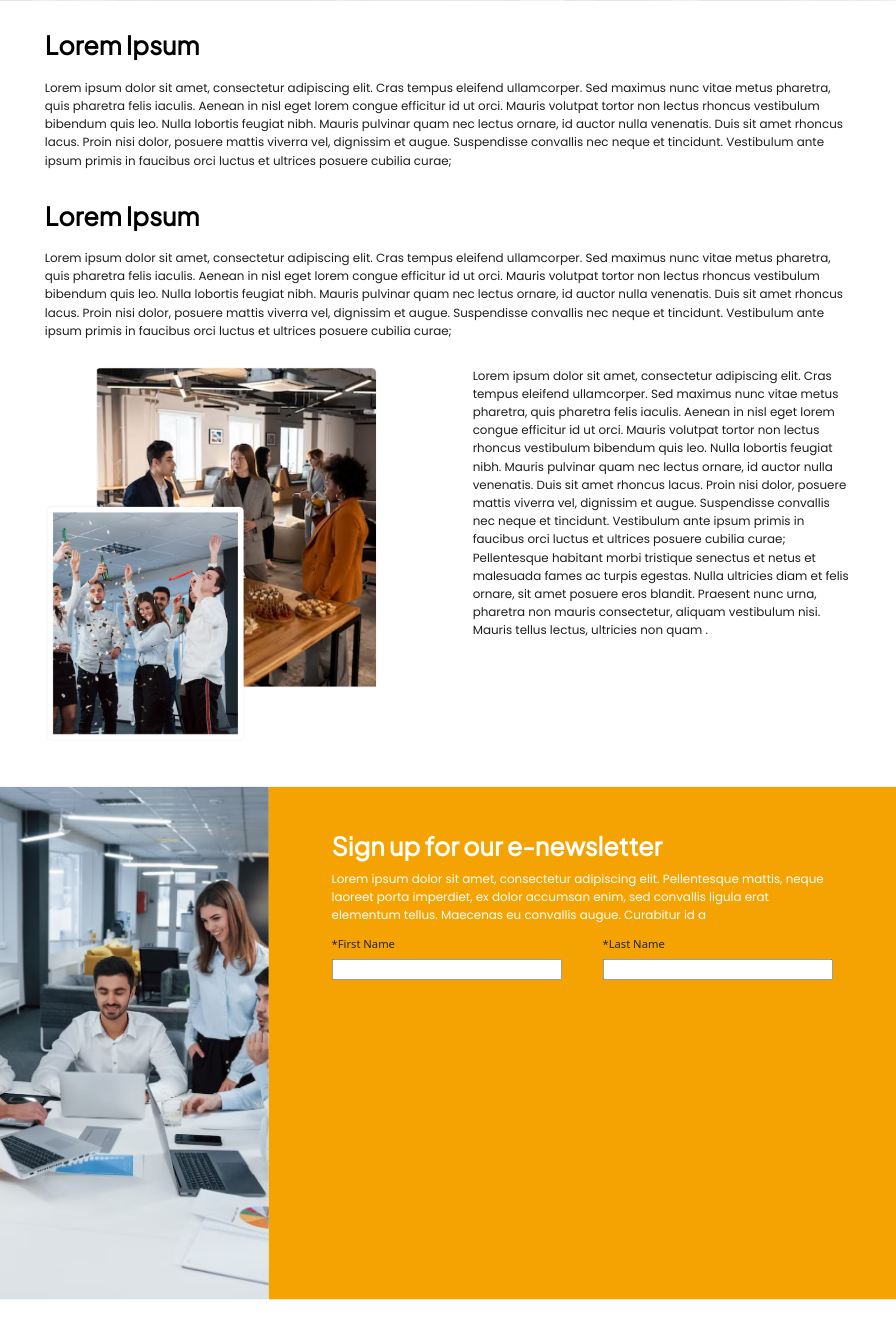
Repository: Akash8377/Hospitality-website
Page: /about-us
An editor plug-in stored every save of this project. The page is shown before and after a run of saves, followed by the edit.
The browser window is 1280 px wide. The pictures show the part of the page from y = 683 to 2603 px (the page is 2603 px tall), at 70% of full size.
Some web libraries are served in a nearby version. The project was rebuilt for these pictures with package versions that can differ from the ones it lists, and the page was loaded fresh each time. Also part of the build but not shown: src/Component/Partial/heading-cont.js, src/Component/Shared/about-us.js, src/Component/Shared/Banner.js, src/Component/Shared/popular-jobs.js, src/Component/Sliders/ServiceSlider.js, src/Component/Sliders/ReviewSlider.js, src/Component/Partial/index-banner.js, src/Component/Partial/index-buisness-banner.js and 2 more.

Above is the page before, as saved 2023-07-07 12:09:30.

After the next 5 saves:
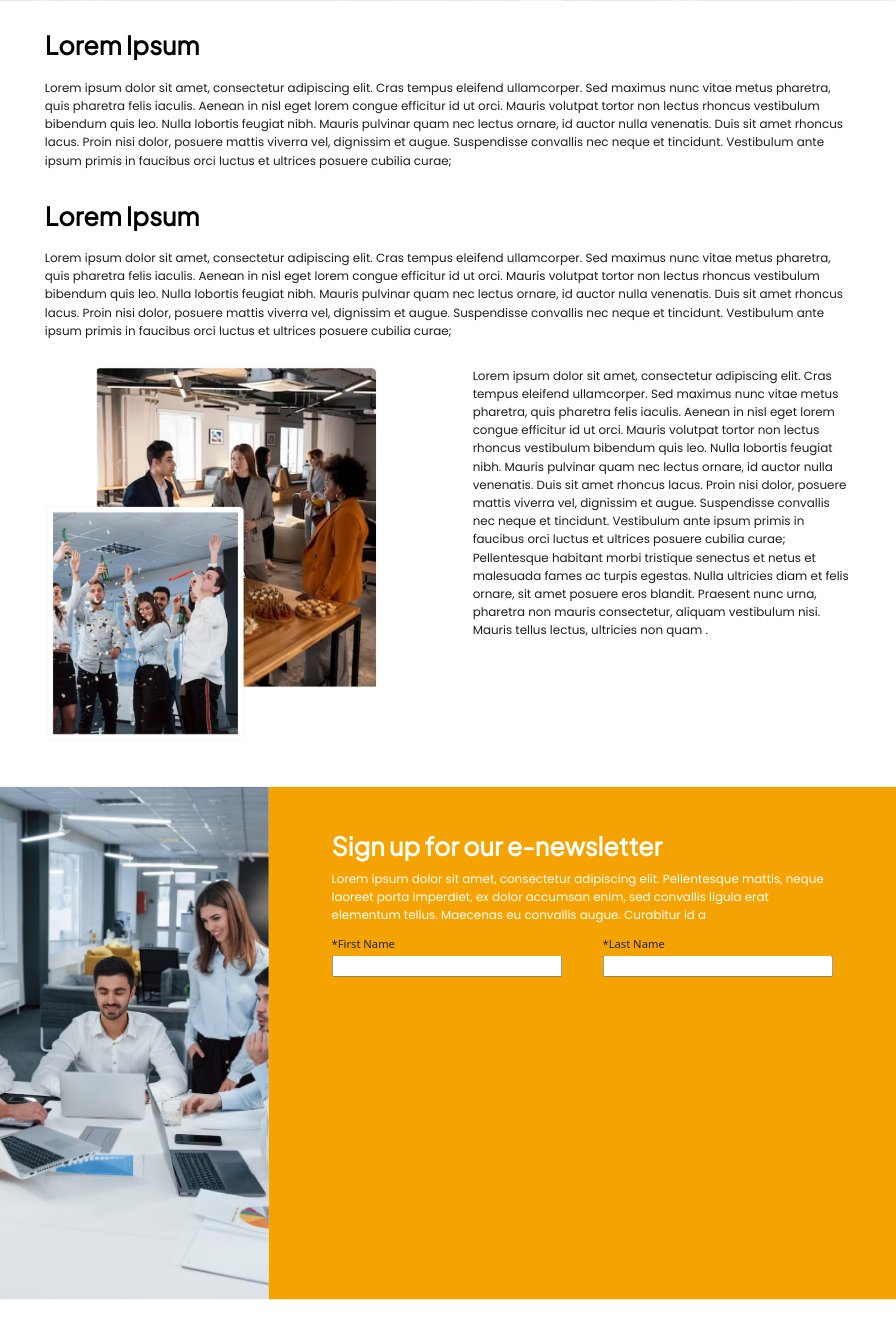
The 5 saves are shown as one change because they came seconds apart.
The last was saved 12 s later.
--- a/src/Css/Lap.css
+++ b/src/Css/Lap.css
@@ -813,5 +813,7 @@
   width: 46%;
   display: flex;
   flex-direction: column;
-  gap: 10px;
-}
+  gap: 5px;
+}
+.About-Us_Newsletter .right .content form .Two_Inputs div label{
+}
